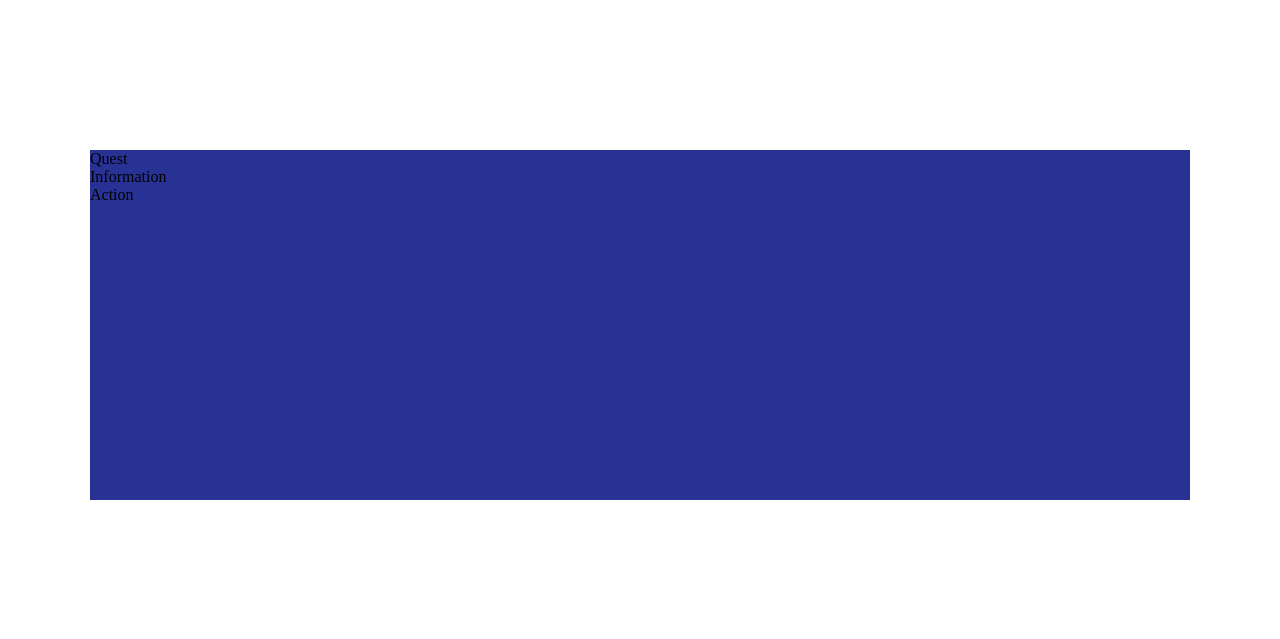
Repository: rahulnag7963/UBCHacks4.0
Page: /
An editor plug-in stored every save of this project. The page is shown before and after the next save, followed by the edit.
The browser window is 1280 px wide. The pictures show the whole page.
The project was rebuilt for these pictures with package versions that can differ from the ones it lists, and the page was loaded fresh each time.

Above is the page before, as saved 2022-11-26 02:36:21.

After the next save:
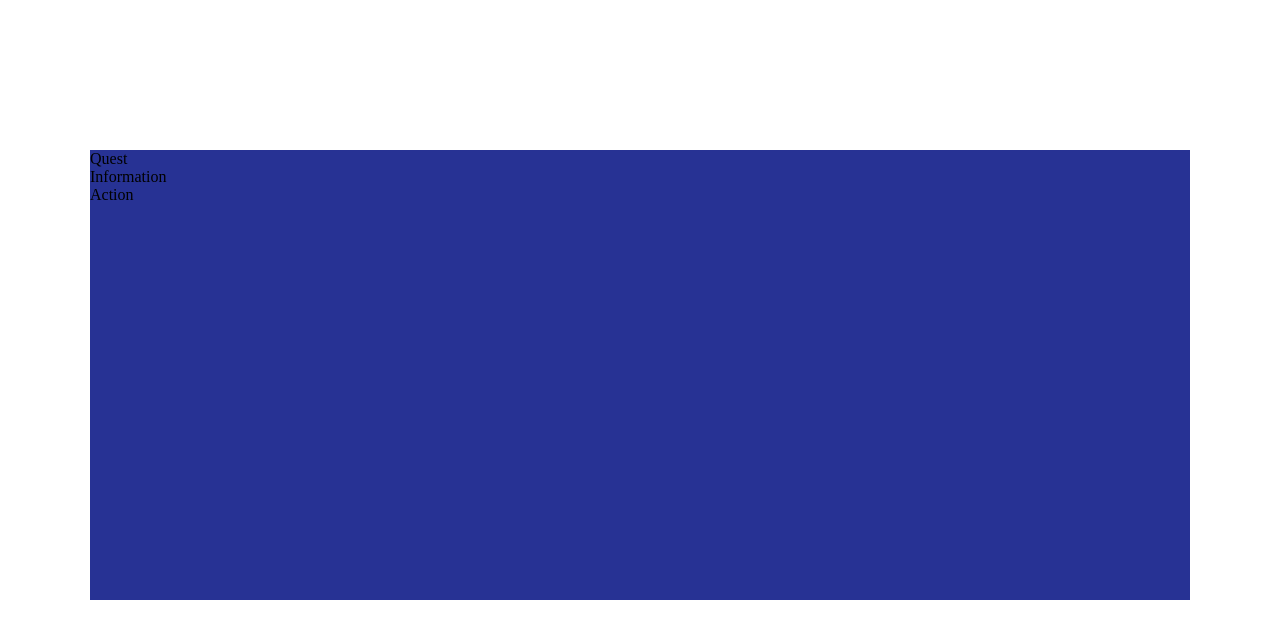
Saved 16 s later.
--- a/src/app.css
+++ b/src/app.css
@@ -1,5 +1,5 @@
 .app {
-    height: 350px;
+    height: 450px;
     width: 1100px;
     background-color: rgb(39, 50, 148);
     margin-left: auto;
